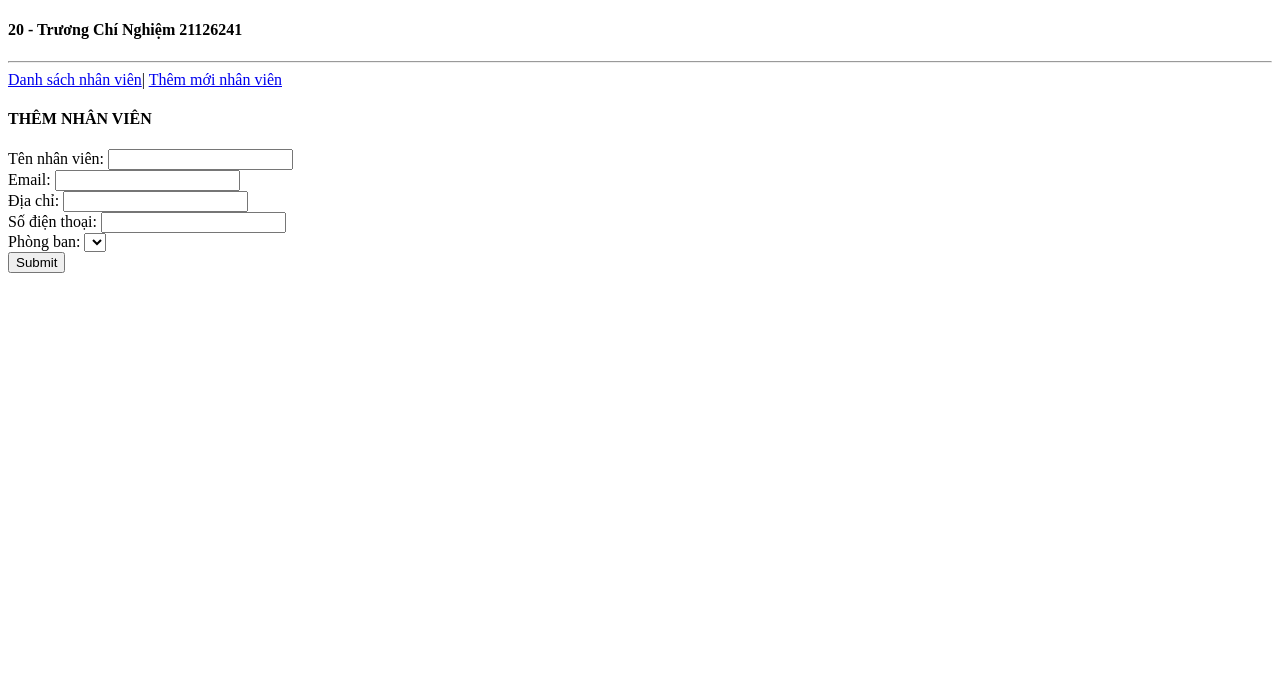
Repository: TruongChiNghiem1/wwwServlet
Page: http://localhost/20_TruongChiNghiem_21126241/views/AddData/index.jsp
The author's editor kept a copy of each file at every save. The page is drawn from the files as they stood at one save, then again after the next save.
The browser window is 1280 px wide. The pictures show the whole page.
The page is served by Tomcat 10. The template is opened directly, without the code that normally fills it, so the values that code supplies are empty.

Above is the page before, as saved 2024-10-25 19:14:37.

After the next save:
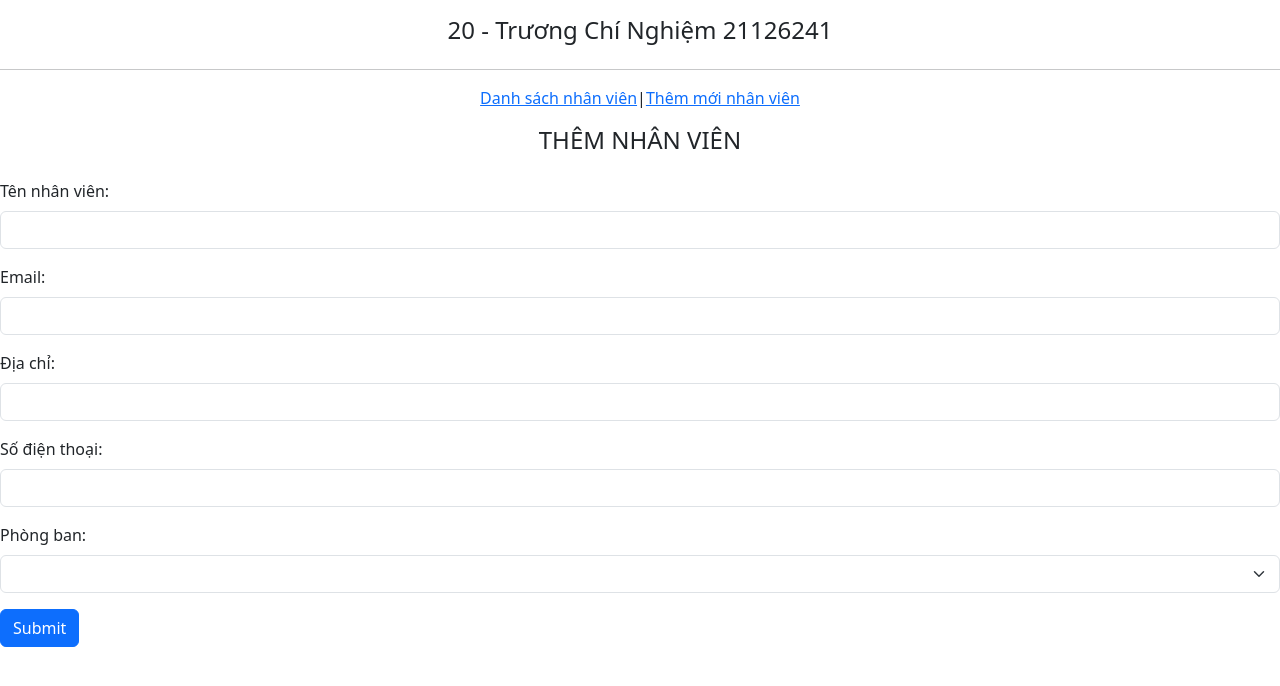
Saved 24 s later.
--- a/20_TruongChiNghiem_21126241/src/main/webapp/views/AddData/index.jsp
+++ b/20_TruongChiNghiem_21126241/src/main/webapp/views/AddData/index.jsp
@@ -5,6 +5,15 @@
 <head>
 <meta charset="UTF-8">
 <title>Insert title here</title>
+<link
+	href="https://cdn.jsdelivr.net/npm/bootstrap@5.3.3/dist/css/bootstrap.min.css"
+	rel="stylesheet"
+	integrity="sha384-QWTKZyjpPEjISv5WaRU9OFeRpok6YctnYmDr5pNlyT2bRjXh0JMhjY6hW+ALEwIH"
+	crossorigin="anonymous">
+<script
+	src="https://cdn.jsdelivr.net/npm/bootstrap@5.3.3/dist/js/bootstrap.bundle.min.js"
+	integrity="sha384-YvpcrYf0tY3lHB60NNkmXc5s9fDVZLESaAA55NDzOxhy9GkcIdslK1eN7N6jIeHz"
+	crossorigin="anonymous"></script>
 </head>
 <body>
 	<div class="d-flex justify-content-center m-3">
